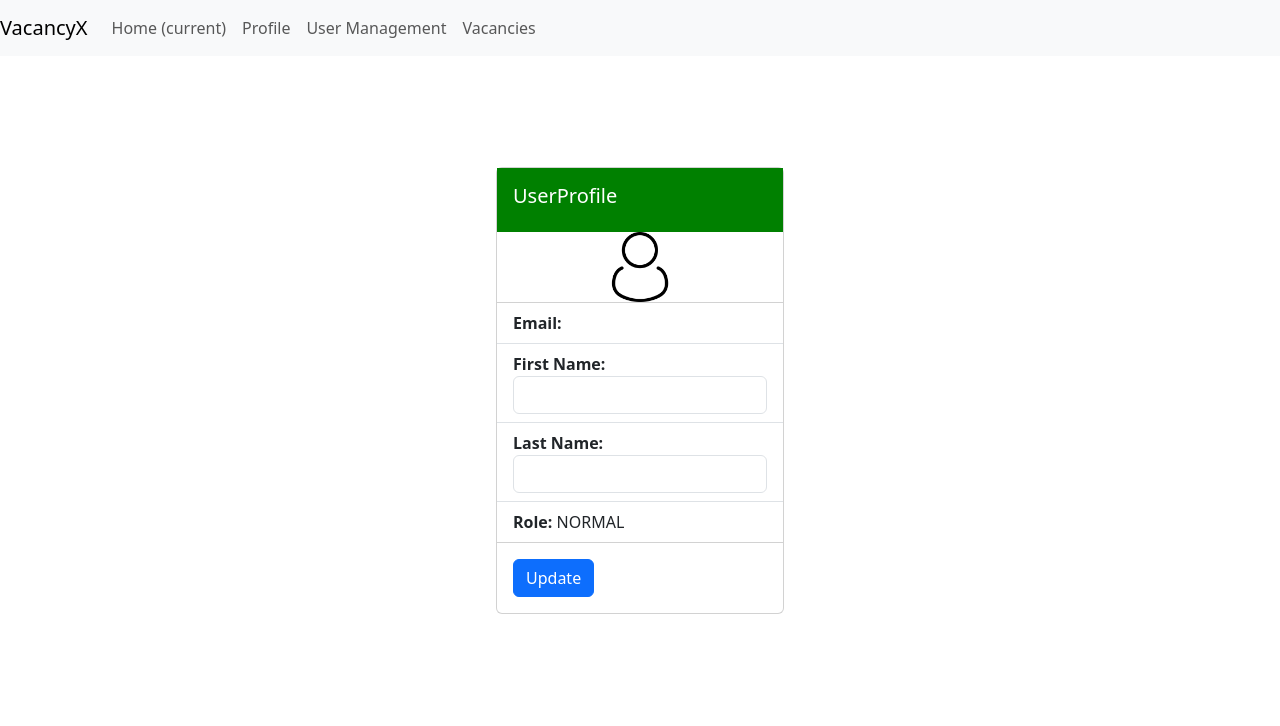
Repository: zipArk99/Vacancy-portal-serv
Page: http://localhost/VacancyPortal/updateuserdetail_page.jsp
The author's editor kept a copy of each file at every save. The page is drawn from the files as they stood at one save, then again after the next save.
The browser window is 1280 px wide. The pictures show the whole page.
The page is served by Tomcat 9. Other server files are loaded and not shown. The template is opened directly, without the code that normally fills it, so the values that code supplies are empty.

Above is the page before, as saved 2024-08-21 05:25:45.

### VacancyPortal/src/main/webapp/updateuserdetail_page.jsp
<%@ page language="java" contentType="text/html; charset=UTF-8"
    pageEncoding="UTF-8"%>
    <%@ taglib prefix="c" uri="http://java.sun.com/jsp/jstl/core" %>
<!DOCTYPE html>
<html>
<head>
<meta charset="UTF-8">
<title>Update User</title>
<style>
body, html {
	height: 90%;
	margin: 0;
}

.container {
	display: flex;
	justify-content: center;
	align-items: center;
	height: 93vh; /* Full viewport height */


}
.card-img-top {
  height: 70px;
  width: auto; s
  max-width: 100%;
  display: block;
  object-fit: contain;
  }
</style>
</head>
<body>
<body>
<%@ include file="header.jsp" %>
<form action="/VacancyPortal/user" method="PUT">
	<div class="container">
		<div class="card" style="width: 18rem;">
		<div class="card-body" style="background-color:green;">
				<h5 class="card-title" style="color:white;">UserProfile</h5>
			</div>

  <img src="user.png" class="card-img-top" alt="User Image" draggable="true">

			<ul class="list-group list-group-flush">
				<li class="list-group-item"><b>Email:</b> <c:out value="${param.email}"></c:out> </li>

				<li class="list-group-item"><b>First Name:</b> <input type="text"
					name="fname" class="form-control" id="fnameId"
					value="${param.fname}" aria-describedby="emailHelp"></li>


				<li class="list-group-item"><b>Last Name:</b> <input type="text"
					name="fname" class="form-control" id="fnameId"
					value="${param.lname}" aria-describedby="emailHelp"></li>


				<li class="list-group-item"><b>Role:</b><c:choose>
				<c:when test="${requestScope.role==1}">
				<c:out value="ADMIN"></c:out>
				 </c:when>
				<c:otherwise>
				<c:out value="NORMAL"></c:out>
				</c:otherwise>
				</c:choose> </li>
			</ul>
			<div class="card-body">
				<input type="submit"class="btn btn-primary" value="Update">
			</div>
		</div>
	</div>
	</form>
</body>
</html>

### VacancyPortal/src/main/webapp/header.jsp
<%@ page language="java" contentType="text/html; charset=UTF-8"
    pageEncoding="UTF-8"%>
<!DOCTYPE html>
<html>
  <head>
    <meta charset="utf-8">
    <meta name="viewport" content="width=device-width, initial-scale=1">
    <title>Bootstrap demo</title>
    <link href="https://cdn.jsdelivr.net/npm/bootstrap@5.3.3/dist/css/bootstrap.min.css" rel="stylesheet" integrity="sha384-QWTKZyjpPEjISv5WaRU9OFeRpok6YctnYmDr5pNlyT2bRjXh0JMhjY6hW+ALEwIH" crossorigin="anonymous">
  </head>
<body>

<nav class="navbar navbar-expand-lg navbar-light bg-light">
  <a class="navbar-brand" href="#">VacancyX</a>
  <button class="navbar-toggler" type="button" data-toggle="collapse" data-target="#navbarText" aria-controls="navbarText" aria-expanded="false" aria-label="Toggle navigation">
    <span class="navbar-toggler-icon"></span>
  </button>
  <div class="collapse navbar-collapse" id="navbarText">
    <ul class="navbar-nav mr-auto">
      <li class="nav-item active">
        <a class="nav-link" href="#">Home <span class="sr-only">(current)</span></a>
      </li>
      <li class="nav-item">
        <a class="nav-link" href="/VacancyPortal/portal/userprofile">Profile</a>
      </li>
      <li class="nav-item">
        <a class="nav-link" href="#">User Management</a>
      </li>
        <li class="nav-item">
        <a class="nav-link" href="#">Vacancies</a>
      </li>
    </ul>

  </div>
</nav>
</body>
</html>

After the next save:
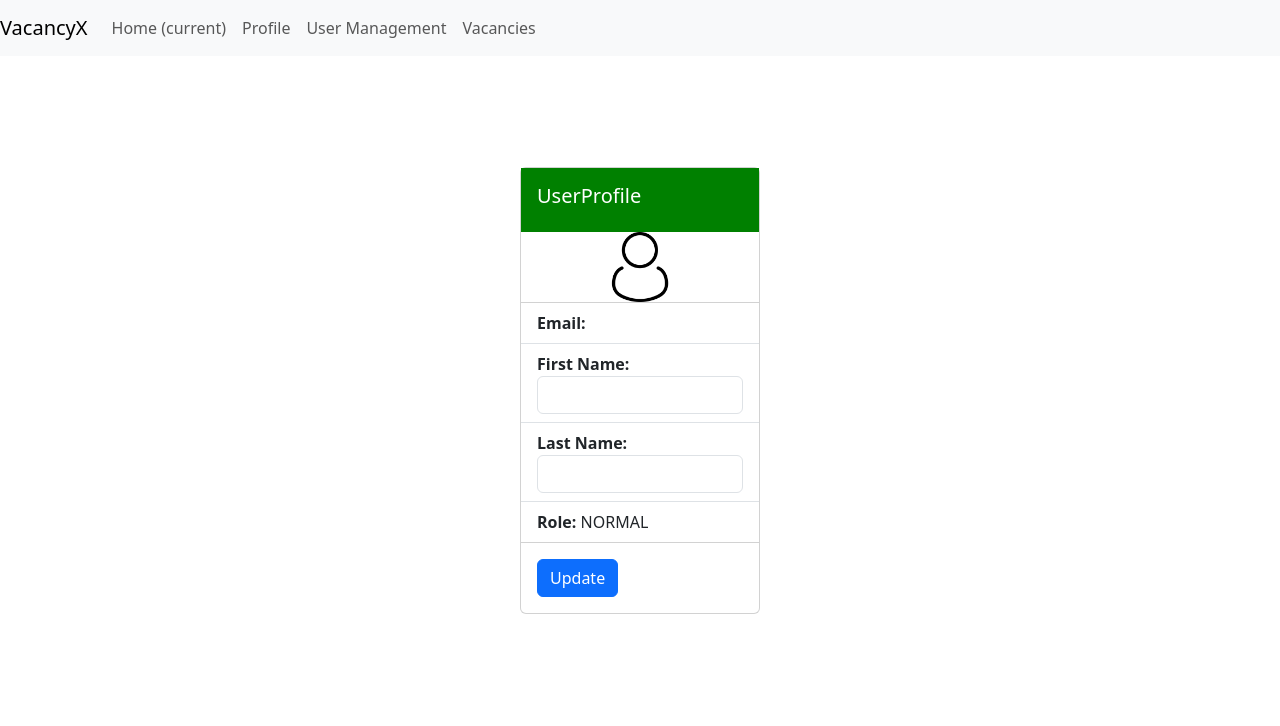
Saved 19 s later.
--- a/VacancyPortal/src/main/webapp/updateuserdetail_page.jsp
+++ b/VacancyPortal/src/main/webapp/updateuserdetail_page.jsp
@@ -34,7 +34,7 @@ body, html {
 <%@ include file="header.jsp" %>
 <form action="/VacancyPortal/user" method="PUT">
 	<div class="container">
-		<div class="card" style="width: 18rem;">
+		<div class="card" style="width: 15rem;">
 		<div class="card-body" style="background-color:green;">
 				<h5 class="card-title" style="color:white;">UserProfile</h5>
 			</div>
